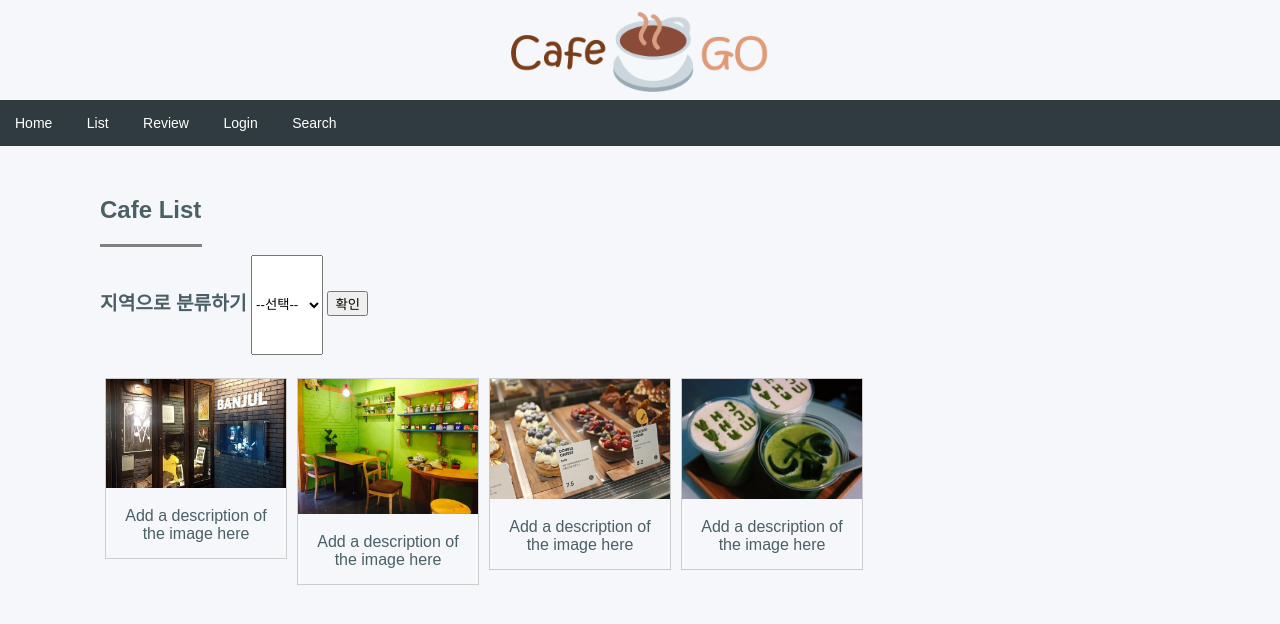
Repository: JuYeong0413/Web-Programming
Page: http://localhost/CafeGo/list.jsp
An editor plug-in stored every save of this project. The page is shown before and after the next save, followed by the edit.
The browser window is 1280 px wide. The pictures show the whole page.
The page is served by Tomcat 9.

Above is the page before, as saved 2018-12-23 05:21:08.

After the next save:
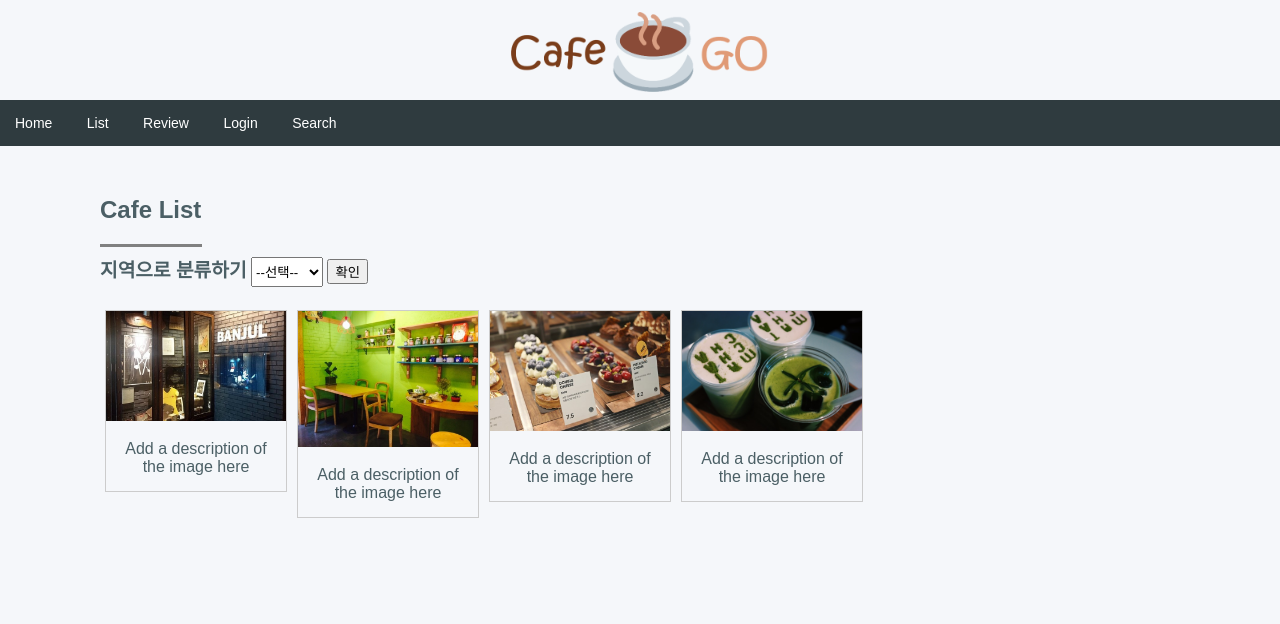
Saved 13 s later.
--- a/Project/CafeGo/WebContent/list.jsp
+++ b/Project/CafeGo/WebContent/list.jsp
@@ -15,7 +15,7 @@
 		<hr noshade align="left" width="100" size="3">
 		<form action="" method="post">
 		<big><b>지역으로 분류하기</b></big>
-		<select name="category" style="height: 100px">
+		<select name="category" style="height: 30px">
 			<option value="0">--선택--</option>
 			<option value="종로구">종로구</option>
 			<option value="중구">중구</option>
